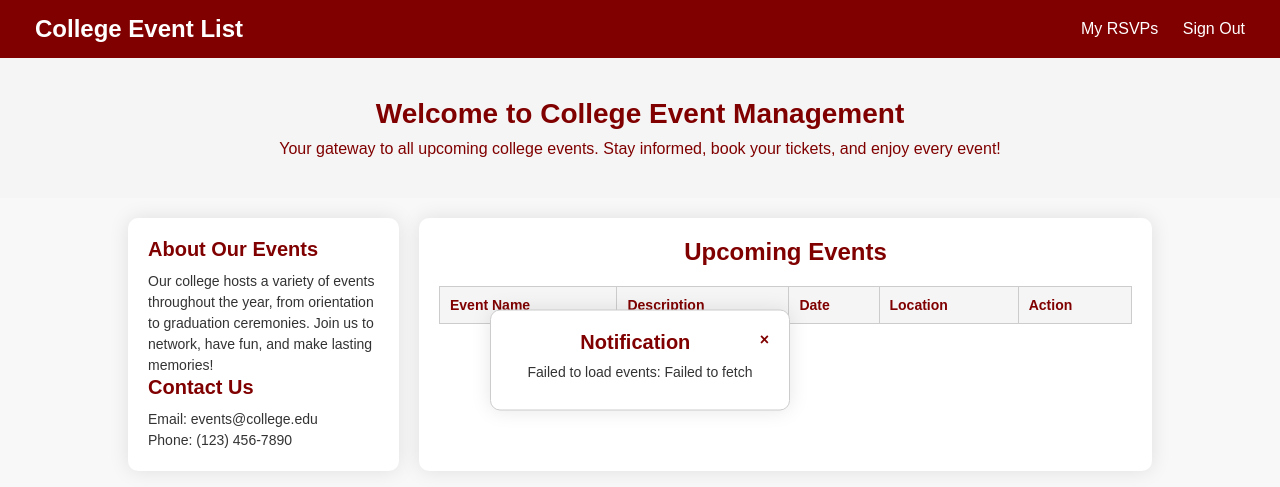
Repository: krypton-arch/College-Event-Management-System
Page: CollegeEvent/src/main/webapp/home.html
These files come from the project's save history. The page is drawn as it stood at one moment and after the next save; the edit follows.
The browser window is 1280 px wide. The pictures show the whole page.
The page's requests for data from a server got no answer.

Above is the page before, as saved 2025-01-15 03:25:31.

### CollegeEvent/src/main/webapp/home.html
<!DOCTYPE html>
<html lang="en">
<head>
    <meta charset="UTF-8">
    <meta name="viewport" content="width=device-width, initial-scale=1.0">
    <link rel="stylesheet" href="styles2.css">
    <title>College Event Management</title>
</head>
<body>
    <nav class="navbar">
        <h1>College Event List</h1>
        <div class="nav-links">
            <a href="my_rsvps.html">My RSVPs</a>
            <a href="login.html">Sign Out</a>
        </div>
    </nav>

    <header class="hero-section">
        <h2>Welcome to College Event Management</h2>
        <p>Your gateway to all upcoming college events. Stay informed, book your tickets, and enjoy every event!</p>
    </header>

    <main class="main-content">
        <aside class="sidebar">
            <h3>About Our Events</h3>
            <p>Our college hosts a variety of events throughout the year, from orientation to graduation ceremonies. Join us to network, have fun, and make lasting memories!</p>
            <h3>Contact Us</h3>
            <p>Email: events@college.edu</p>
            <p>Phone: (123) 456-7890</p>
        </aside>

        <section class="event-list">
            <h2>Upcoming Events</h2>
            <div class="event-table">
                <table>
                    <thead>
                        <tr>
                            <th>Event Name</th>
                            <th>Description</th>
                            <th>Date</th>
                            <th>Location</th>
                            <th>Action</th>
                        </tr>
                    </thead>
                    <tbody id="event-list">
                        <!-- Events will be dynamically loaded here -->
                    </tbody>
                </table>
            </div>
        </section>
    </main>

    <div class="popup" id="popup" role="alertdialog" aria-labelledby="popup-title" aria-describedby="popup-message" style="display: none;">
        <span class="popup-close" onclick="closePopup()" role="button" aria-label="Close popup">&times;</span>
        <h2 id="popup-title">Notification</h2>
        <p id="popup-message"></p>
    </div>

    <script>
        // Load events from the server
        async function loadEvents() {
            try {
                const response = await fetch('fetchEvents'); // Fetch events from the servlet
                if (!response.ok) {
                    throw new Error(`HTTP error! Status: ${response.status}`);
                }
                const events = await response.json();
                const eventList = document.getElementById('event-list');

                events.forEach(event => {
                    const row = document.createElement('tr');
                    row.innerHTML = `
                        <td>${event.name}</td>
                        <td>${event.description}</td>
                        <td>${event.date}</td>
                        <td>${event.location}</td>
                        <td><button class="btn" onclick="registerEvent('${events.name}')">Book Tickets</button></td>
                    `;
                    eventList.appendChild(row);
                });
            } catch (error) {
                showPopup(`Failed to load events: ${error.message}`);
            }
        }

        // Register for an event
        async function registerEvent(eventName) {
            try {
                const response = await fetch('bookEvent', {
                    method: 'POST',
                    headers: {
                        'Content-Type': 'application/x-www-form-urlencoded',
                    },
                    body: new URLSearchParams({ eventName: eventName }) // Updated key to match servlet
                });

                const data = await response.json();
                if (data.success) {
                    showPopup(`You have successfully registered for ${eventName}.`);
                } else {
                    showPopup(`Registration failed: ${data.message}`);
                }
            } catch (error) {
                showPopup(`An error occurred: ${error.message}`);
            }
        }

        // Show a popup message
        function showPopup(message) {
            document.getElementById('popup-message').innerText = message;
            document.getElementById('popup').style.display = 'block';
        }

        // Close the popup
        function closePopup() {
            document.getElementById('popup').style.display = 'none';
        }

        // Load events when the page loads
        document.addEventListener('DOMContentLoaded', loadEvents);
    </script>
</body>
</html>

### CollegeEvent/src/main/webapp/styles2.css
@charset "ISO-8859-1";

* {
    box-sizing: border-box;
    margin: 0;
    padding: 0;
}

body {
    font-family: Arial, sans-serif;
    background-color: #f8f8f8; /* Light cream background */
    color: #333;
}

/* Navbar */
.navbar {
    display: flex;
    justify-content: space-between;
    align-items: center;
    background-color: maroon;
    color: white;
    padding: 15px;
}

.navbar h1 {
    margin-left: 20px;
    font-size: 24px;
}

.nav-links {
    margin-right: 20px;
}

.nav-links a {
    color: white;
    text-decoration: none;
    margin-left: 20px;
    font-size: 16px;
}

.nav-links a:hover {
    text-decoration: underline;
}

/* Hero Section */
.hero-section {
    text-align: center;
    padding: 40px;
    background-color: #f5f5f5;
    color: maroon;
    margin-bottom: 20px;
}

.hero-section h2 {
    font-size: 28px;
    margin-bottom: 10px;
}

.hero-section p {
    font-size: 16px;
}

/* Main Content Layout */
.main-content {
    display: flex;
    justify-content: space-between;
    width: 80%;
    margin: 20px auto;
}

/* Sidebar */
.sidebar {
    flex: 1;
    padding: 20px;
    background-color: #ffffff;
    border-radius: 10px;
    box-shadow: 0 0 20px rgba(0, 0, 0, 0.1);
    margin-right: 20px;
}

.sidebar h3 {
    color: maroon;
    font-size: 20px;
    margin-bottom: 10px;
}

.sidebar p {
    font-size: 14px;
    line-height: 1.5;
}

/* Event List Section */
.event-list {
    flex: 3;
    padding: 20px;
    background-color: #ffffff;
    border-radius: 10px;
    box-shadow: 0 0 20px rgba(0, 0, 0, 0.1);
}

.event-list h2 {
    color: maroon;
    font-size: 24px;
    text-align: center;
    margin-bottom: 20px;
}

.event-table {
    overflow-x: auto; /* Enables horizontal scroll for smaller screens */
}

/* Table Styles */
table {
    width: 100%;
    border-collapse: collapse;
}

th, td {
    border: 1px solid #ccc;
    padding: 10px;
    text-align: left;
    font-size: 14px;
}

th {
    background-color: #f5f5f5;
    color: maroon;
    font-weight: bold;
}

td {
    background-color: #ffffff;
}

.btn {
    padding: 5px 10px;
    background-color: green;
    color: white;
    border: none;
    border-radius: 5px;
    cursor: pointer;
    transition: background-color 0.3s;
}

.btn:hover {
    background-color:  greenrgb(128, 255, 0);
}

/* Popup Styles */
.popup {
    display: none;
    position: fixed;
    left: 50%;
    top: 50%;
    transform: translate(-50%, -50%);
    background-color: white;
    padding: 20px;
    border: 1px solid #ccc;
    border-radius: 10px;
    box-shadow: 0 0 20px rgba(0, 0, 0, 0.1);
    z-index: 1000;
    width: 300px;
    text-align: center;
}

.popup h2 {
    color: maroon;
    font-size: 20px;
}

.popup p {
    font-size: 14px;
    margin: 10px 0;
}

.popup-close {
    cursor: pointer;
    color: maroon;
    font-weight: bold;
    float: right;
}

.popup-close:hover {
    text-decoration: underline;
}

After the next save:
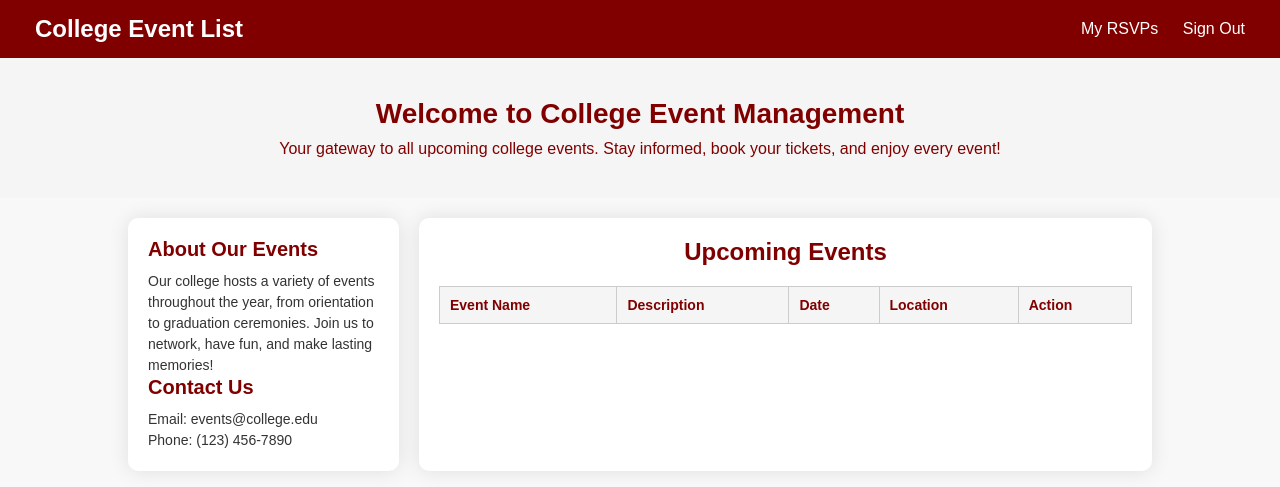
Console error: SyntaxError: missing ) after argument list
Saved 46 s later.
--- a/CollegeEvent/src/main/webapp/home.html
+++ b/CollegeEvent/src/main/webapp/home.html
@@ -62,24 +62,24 @@
             try {
                 const response = await fetch('fetchEvents'); // Fetch events from the servlet
                 if (!response.ok) {
-                    throw new Error(`HTTP error! Status: ${response.status}`);
+                    throw new Error(HTTP error! Status: ${response.status});
                 }
                 const events = await response.json();
                 const eventList = document.getElementById('event-list');
 
                 events.forEach(event => {
                     const row = document.createElement('tr');
-                    row.innerHTML = `
+                    row.innerHTML =
                         <td>${event.name}</td>
                         <td>${event.description}</td>
                         <td>${event.date}</td>
                         <td>${event.location}</td>
-                        <td><button class="btn" onclick="registerEvent('${events.name}')">Book Tickets</button></td>
-                    `;
+                        <td><button class="btn" onclick="registerEvent('${event.name}')">Book Tickets</button></td>
+                    ;
                     eventList.appendChild(row);
                 });
             } catch (error) {
-                showPopup(`Failed to load events: ${error.message}`);
+                showPopup(Failed to load events: ${error.message});
             }
         }
 
@@ -91,17 +91,17 @@
                     headers: {
                         'Content-Type': 'application/x-www-form-urlencoded',
                     },
-                    body: new URLSearchParams({ eventName: eventName }) // Updated key to match servlet
+                    body: new URLSearchParams({ event: eventName })
                 });
 
                 const data = await response.json();
                 if (data.success) {
-                    showPopup(`You have successfully registered for ${eventName}.`);
+                    showPopup(You have successfully registered for ${eventName}.);
                 } else {
-                    showPopup(`Registration failed: ${data.message}`);
+                    showPopup(Registration failed: ${data.message});
                 }
             } catch (error) {
-                showPopup(`An error occurred: ${error.message}`);
+                showPopup(An error occurred: ${error.message});
             }
         }
 
